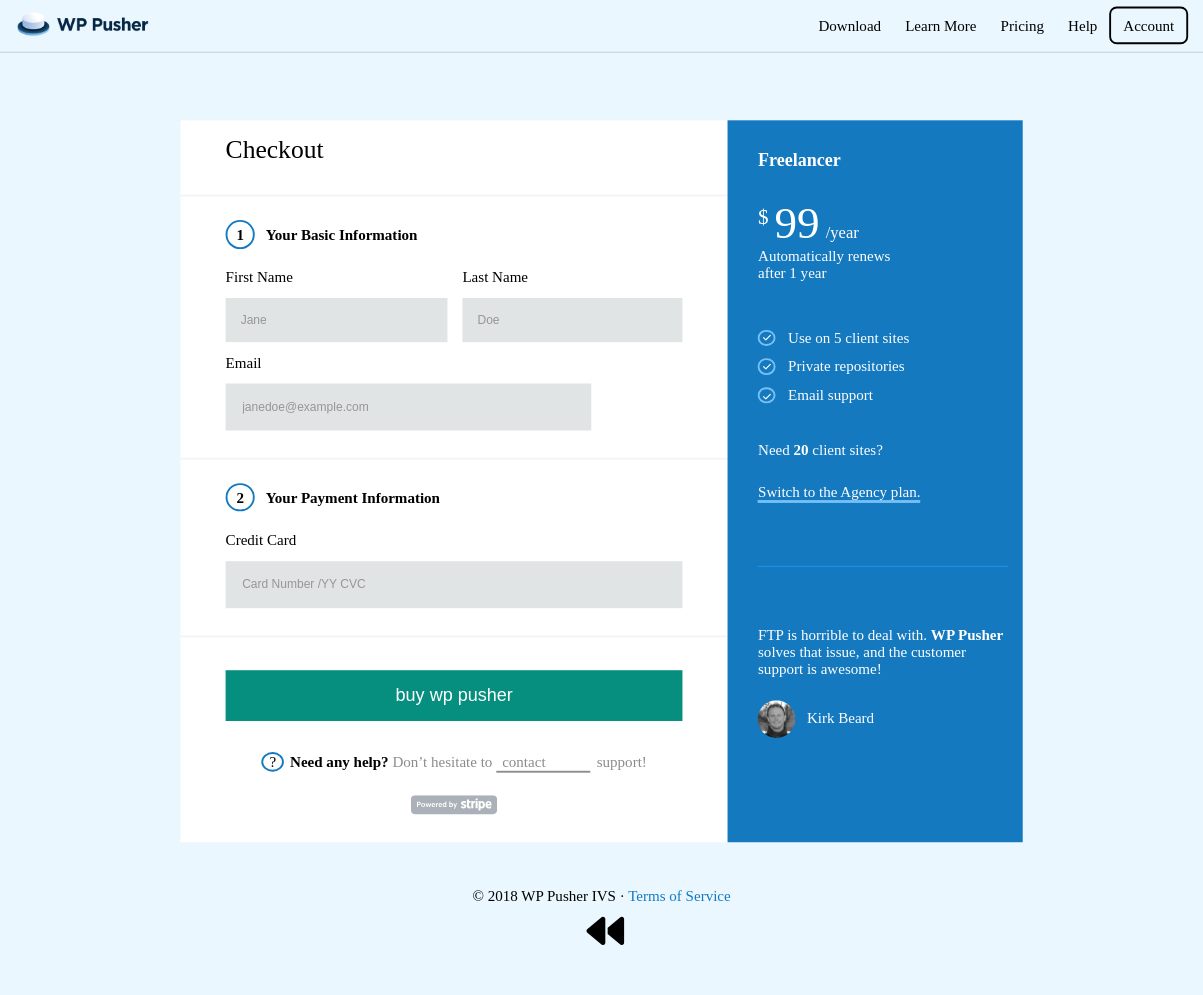
Repository: dark-txch/ass-1-6
Page: src/pages/wpPusher.html
An editor plug-in stored every save of this project. The page is shown before and after a run of saves, followed by the edit.
The browser window is 1280 px wide. The pictures show the whole page, at 94% of full size.
Some web libraries are served in a nearby version.

Above is the page before, as saved 2024-11-29 18:50:38.

After the next 2 saves:
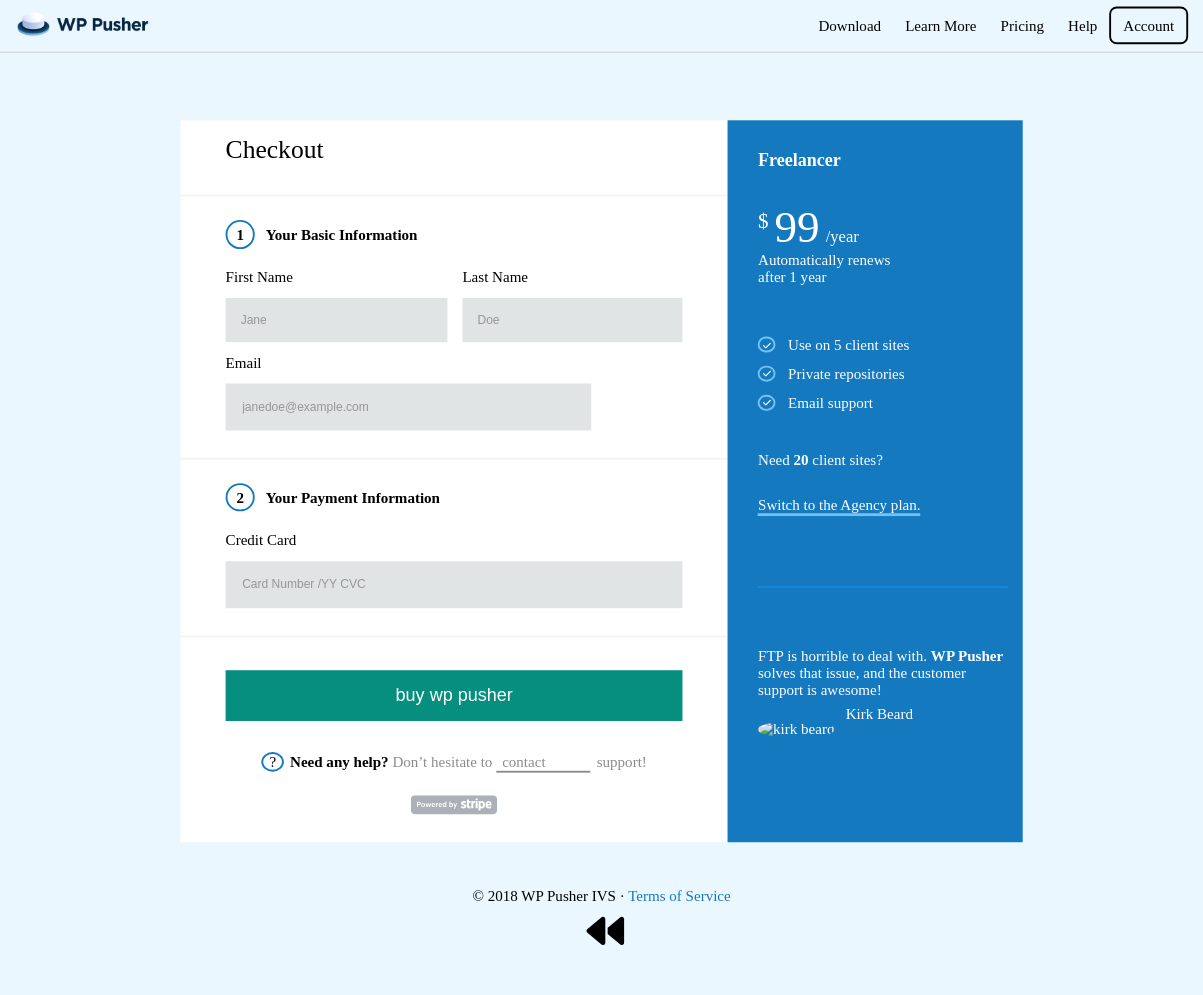
The 2 saves are shown as one change because they came seconds apart.
The last was saved 12 s later.
--- a/src/pages/wpPusher.html
+++ b/src/pages/wpPusher.html
@@ -151,7 +151,7 @@
 						customer support is awesome&#33;
 					</p>
 					<div id="kirk">
-						<img src="/assets/wpPusher/Bitmap.png" alt="kirk beard" />
+						<img src="../../" alt="kirk beard" />
 						<span>kirk beard</span>
 					</div>
 				</div>
